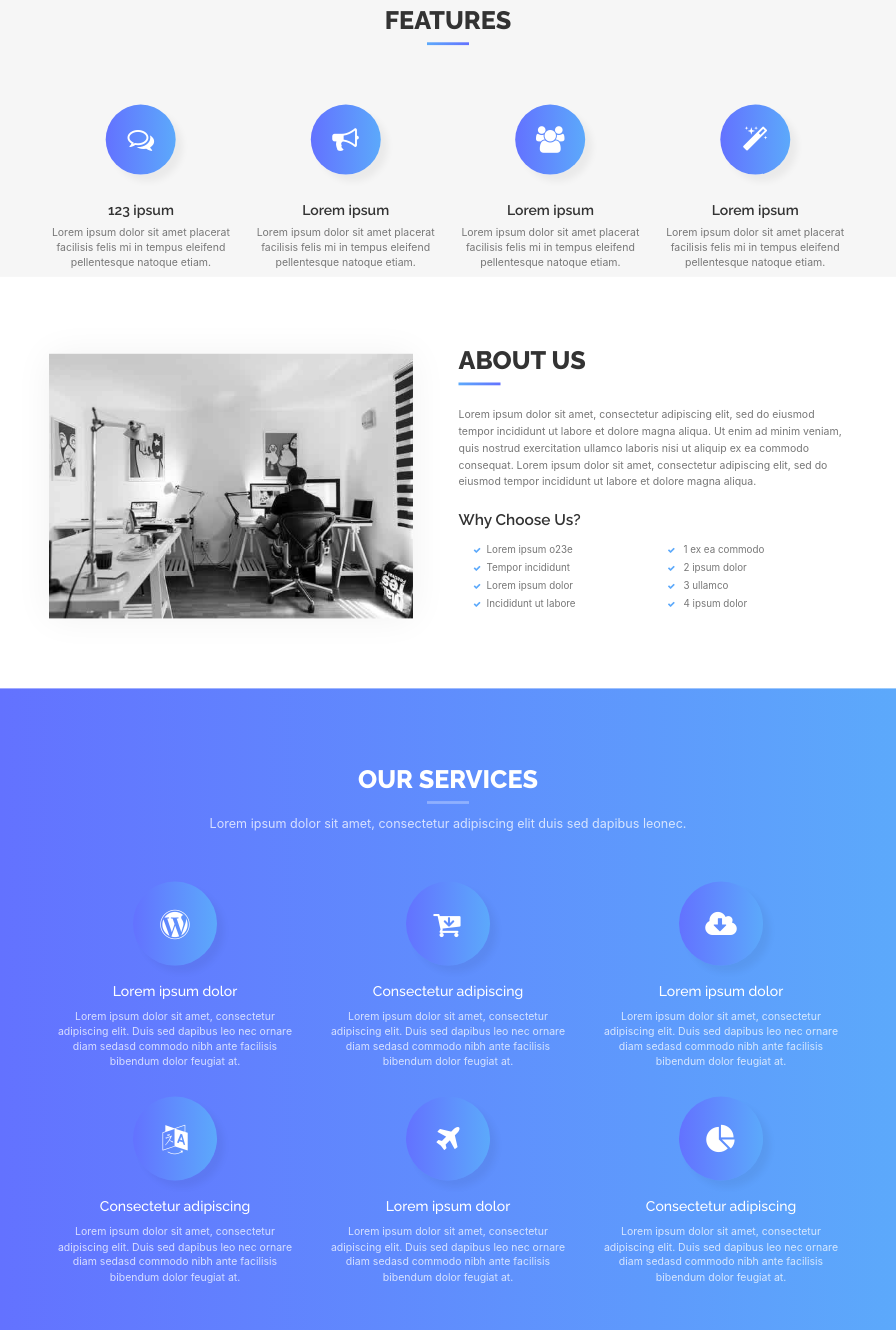
Repository: andrealepori/digitize-reactapp
Page: /
An editor plug-in stored every save of this project. The page is shown before and after a run of saves, followed by the edit.
The browser window is 1280 px wide. The pictures show the part of the page from y = 908 to 2808 px (the page is 5469 px tall before and 5222 px after), at 70% of full size.
The project was rebuilt for these pictures with package versions that can differ from the ones it lists, and the page was loaded fresh each time.

Above is the page before, as saved 2021-09-21 14:44:00.

After the next 2 saves:
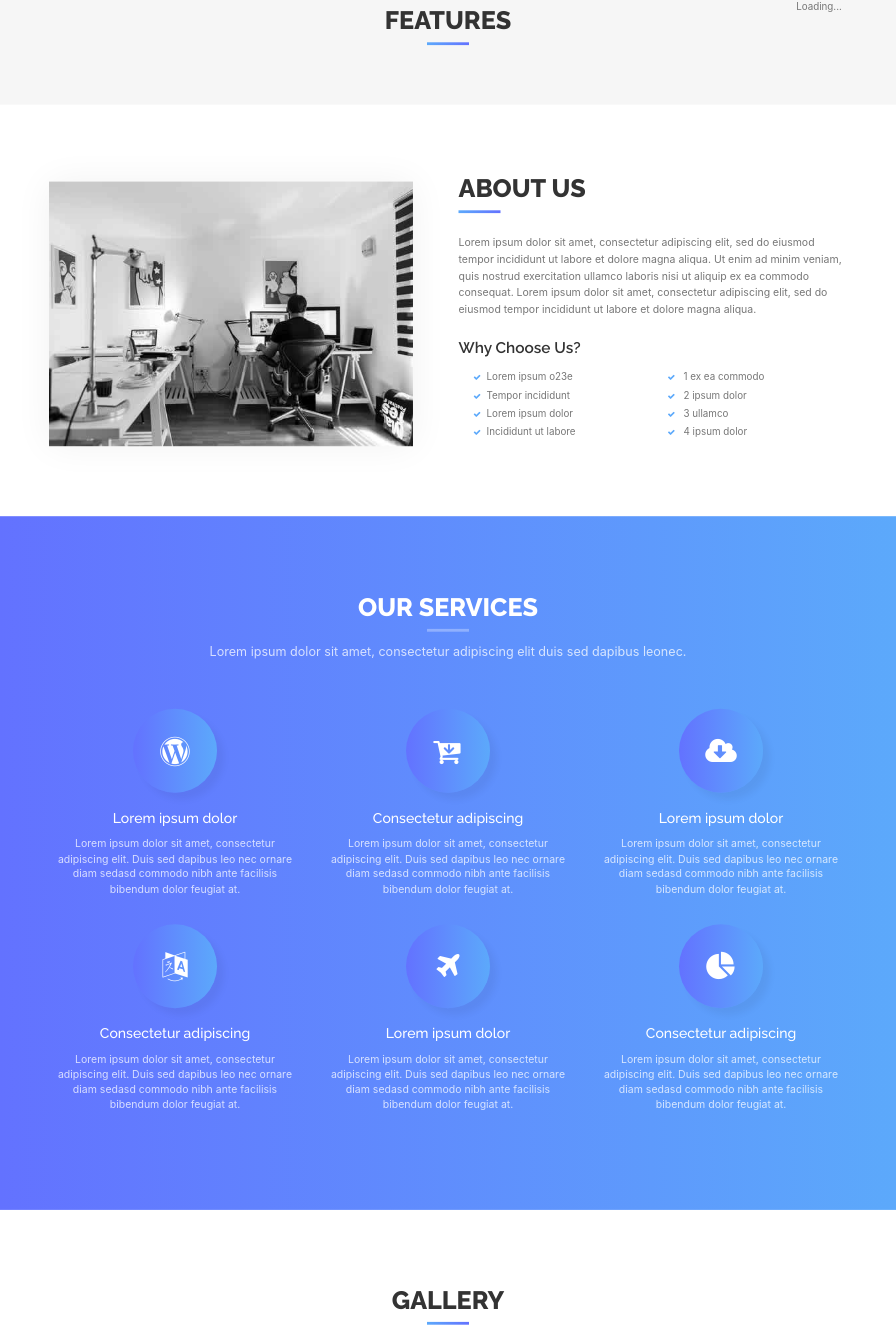
The 2 saves are shown as one change because 1 did not build or start.
The last was saved 16 s later.
--- a/src/data/data.json
+++ b/src/data/data.json
@@ -158,27 +158,5 @@
     "facebook": "fb.com",
     "twitter": "twitter.com",
     "youtube": "youtube.com"
-  },
-  "Features": [
-    {
-      "icon": "fa fa-comments-o",
-      "title": "123 ipsum",
-      "text": "Lorem ipsum dolor sit amet placerat facilisis felis mi in tempus eleifend pellentesque natoque etiam."
-    },
-    {
-      "icon": "fa fa-bullhorn",
-      "title": "Lorem ipsum",
-      "text": "Lorem ipsum dolor sit amet placerat facilisis felis mi in tempus eleifend pellentesque natoque etiam."
-    },
-    {
-      "icon": "fa fa-group",
-      "title": "Lorem ipsum",
-      "text": "Lorem ipsum dolor sit amet placerat facilisis felis mi in tempus eleifend pellentesque natoque etiam."
-    },
-    {
-      "icon": "fa fa-magic",
-      "title": "Lorem ipsum",
-      "text": "Lorem ipsum dolor sit amet placerat facilisis felis mi in tempus eleifend pellentesque natoque etiam."
-    }
-  ]
+  }
 }

After the 2 saves that followed:
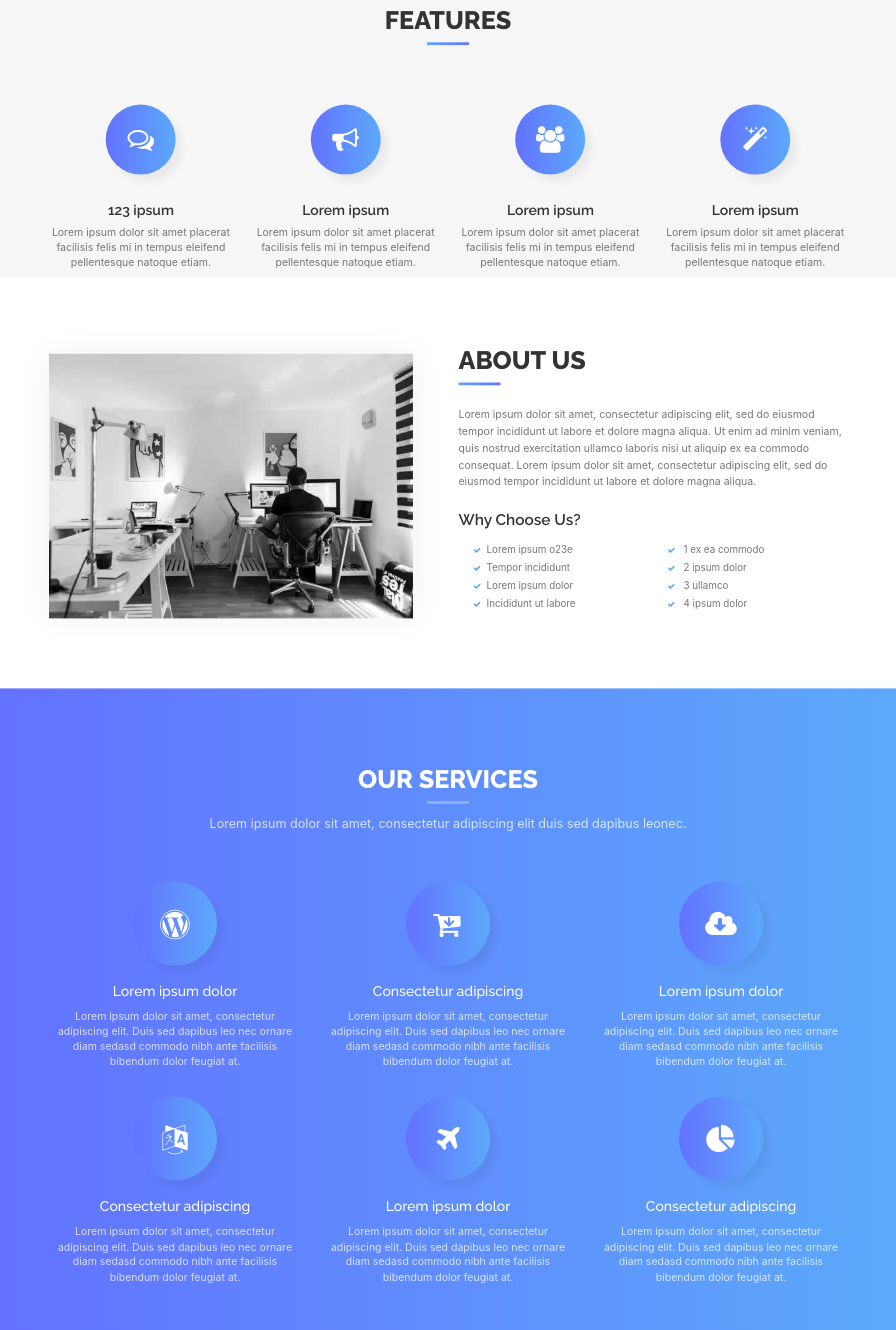
The 2 saves are shown as one change because they came seconds apart.
The last was saved 7 s later.
--- a/src/data/data.json
+++ b/src/data/data.json
@@ -18,6 +18,28 @@
       "4 ipsum dolor"
     ]
   },
+  "Features": [
+    {
+      "icon": "fa fa-comments-o",
+      "title": "123 ipsum",
+      "text": "Lorem ipsum dolor sit amet placerat facilisis felis mi in tempus eleifend pellentesque natoque etiam."
+    },
+    {
+      "icon": "fa fa-bullhorn",
+      "title": "Lorem ipsum",
+      "text": "Lorem ipsum dolor sit amet placerat facilisis felis mi in tempus eleifend pellentesque natoque etiam."
+    },
+    {
+      "icon": "fa fa-group",
+      "title": "Lorem ipsum",
+      "text": "Lorem ipsum dolor sit amet placerat facilisis felis mi in tempus eleifend pellentesque natoque etiam."
+    },
+    {
+      "icon": "fa fa-magic",
+      "title": "Lorem ipsum",
+      "text": "Lorem ipsum dolor sit amet placerat facilisis felis mi in tempus eleifend pellentesque natoque etiam."
+    }
+  ],
   "Gallery": [
     {
       "title": "Project Title",
